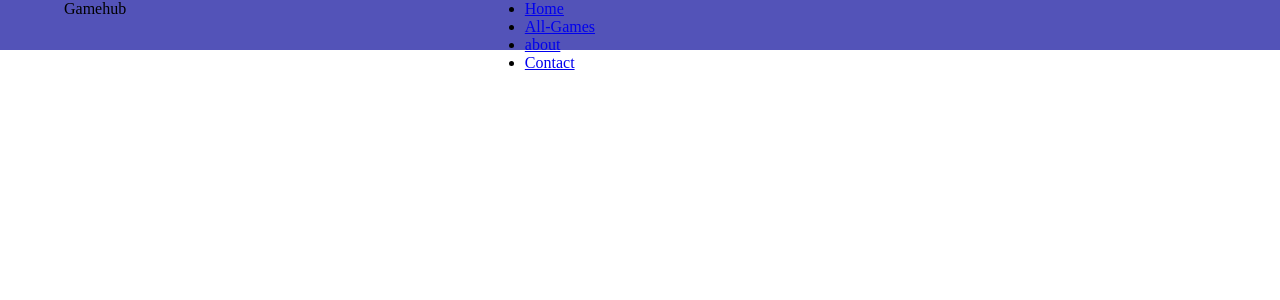
Repository: Fariaddd/New-CA-
Page: index.html
An editor plug-in stored every save of this project. The page is shown before and after the next save, followed by the edit.
The browser window is 1280 px wide. The pictures show the whole page.

Above is the page before, as saved 2021-11-13 17:56:27.

After the next save:
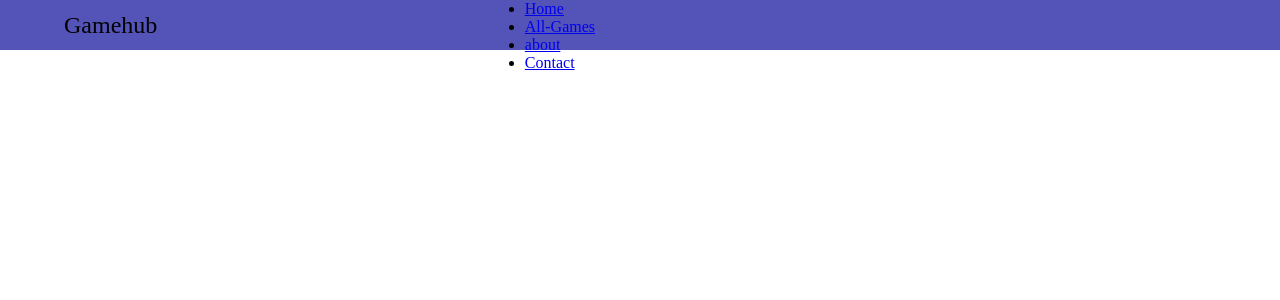
Saved 22 s later.
--- a/css/styles.css
+++ b/css/styles.css
@@ -15,6 +15,8 @@
   width: 40%;
   height: 100%;
   display: flex;
+  align-items: center;
+  font-size: 24px;
 }
 
 nav .link {
